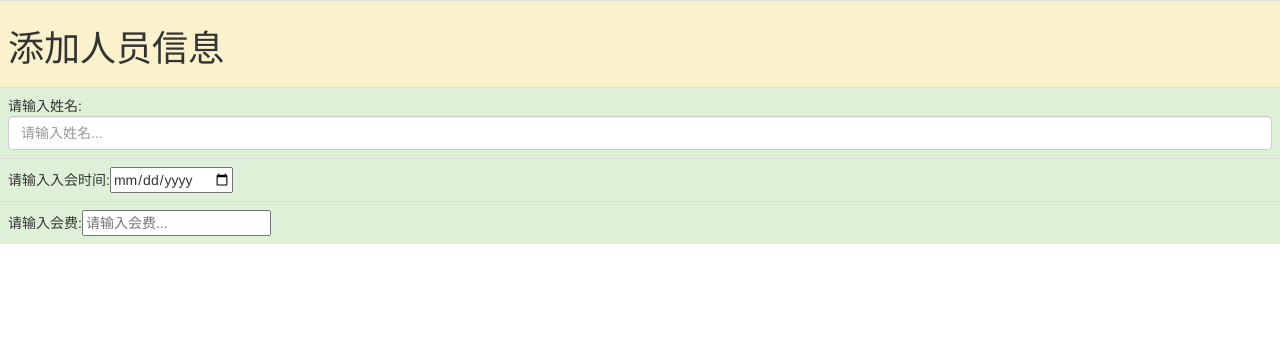
Repository: HelloChuang/HelloChuang-EclipseWorkSpace
Page: http://localhost/RetestSpringMVC_1/user_add.jsp
The author's editor kept a copy of each file at every save. The page is drawn from the files as they stood at one save, then again after the next save.
The browser window is 1280 px wide. The pictures show the whole page.
The page is served by Tomcat 9. Nobody is signed in. The application's start-up code is not run.

Above is the page before, as saved 2018-11-04 11:41:26.

After the next save:
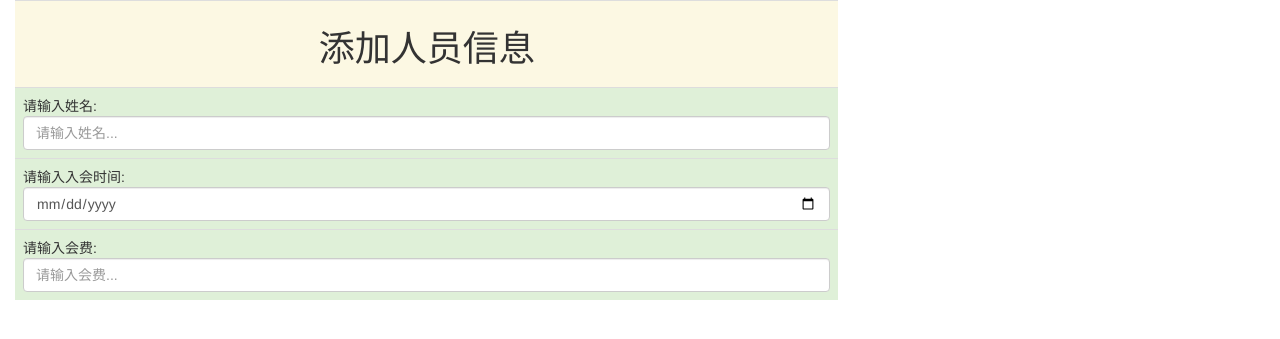
Saved 75 s later.
--- a/EclipseWorkSpace/RetestSpringMVC_1/src/main/webapp/user_add.jsp
+++ b/EclipseWorkSpace/RetestSpringMVC_1/src/main/webapp/user_add.jsp
@@ -16,17 +16,17 @@
 <title>添加人员</title>
 </head>
 <body>
-		<form action="userAdd" method="post">
+		<form action="userAdd" method="post" class="col-xs-8">
 			<table class="table table-hover">
-				<tr class="warning"><td><h1>添加人员信息</h1></td></tr>
+				<tr class="warning" align="center"><td><h1>添加人员信息</h1></td></tr>
 				<tr class="success">
 				<td>请输入姓名:<input class="form-control" type="text" name="uname" required placeholder="请输入姓名..."/></td>
 				</tr>
 				<tr class="success">
-				<td>请输入入会时间:<input type="date" name="uname" required placeholder="请输入入会时间..."/></td>
+				<td>请输入入会时间:<input class="form-control"type="date" name="uname" required placeholder="请输入入会时间..."/></td>
 				</tr>
 				<tr class="success">
-				<td>请输入会费:<input type="number" name="uname" required placeholder="请输入会费..."/></td>
+				<td>请输入会费:<input class="form-control"type="number" name="uname" required placeholder="请输入会费..."/></td>
 				</tr>
 			</table>
 		</form>
